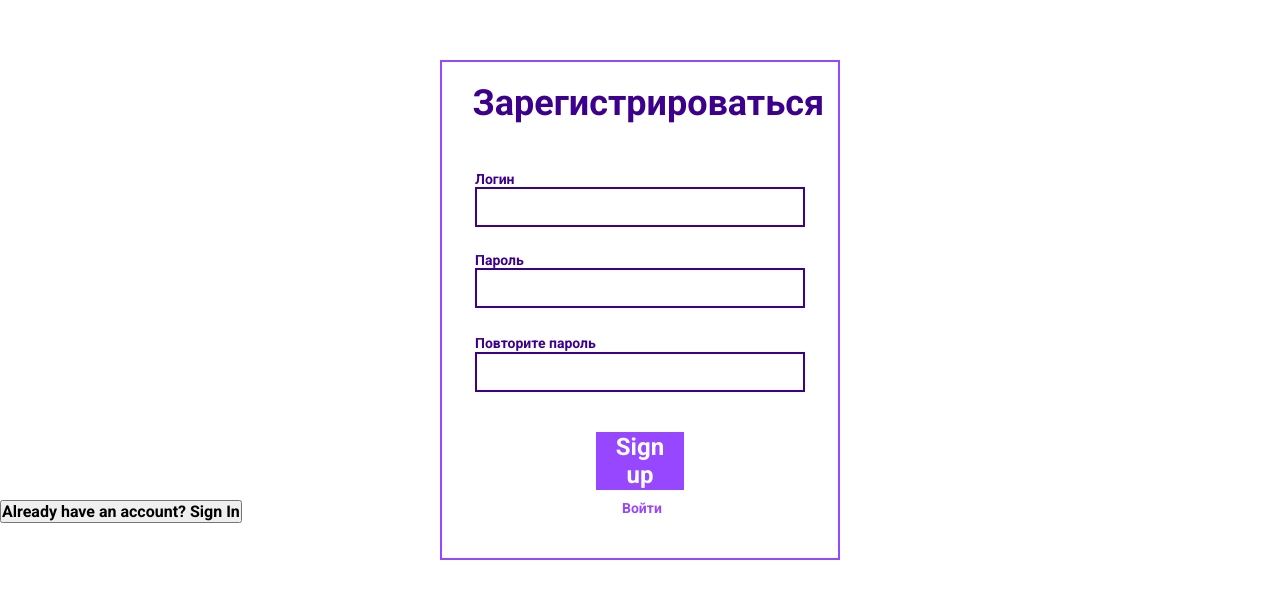
Repository: TimurZinatulin/Web_Shishki_1
Page: /register
These files come from the project's save history. The page is drawn as it stood at one moment and after the next save; the edit follows.
The browser window is 1280 px wide. The pictures show the whole page.
The project was rebuilt for these pictures with package versions that can differ from the ones it lists, and the page was loaded fresh each time. Also part of the build but not shown: vite.config.js, vue.config.js, src/views/LoginView.vue, src/components/HelloWorld.vue, src/views/MainView.vue, src/views/HomeView.vue, src/views/EditView.vue, src/views/FavoriteView.vue and 3 more.

Above is the page before, as saved 2023-06-10 17:58:09.
Console error: TypeError: Cannot read properties of null (reading 'user')

### src/main.js
import { createApp } from 'vue'
//import './style.css'
import App from './App.vue'
import router from './router'
import store from './store.js'

createApp(App).use(store).use(router).mount('#app')

### src/App.vue
<template>
  <!-- Проверка доступности пользователя в хранилище; при недоступности - показываем компонент авторизации-->
  <Auth v-if="!store.state.user" />
  <!-- Если пользователь доступен, показываем компонент Hello World -->
  <EmptyLayout v-else msg="Hello Vue 3 + Vite" />
</template>

<script>
import Auth from './components/Auth.vue';
import HelloWorld from './components/HelloWorld.vue';
import HeaderComp from './components/HeaderComp.vue';
import EmptyLayout from './layouts/EmptyLayout.vue';
import MainLayout from './layouts/MainLayout.vue';
import ExtraLayout from './layouts/ExtraLayout.vue';
import RegisterView from './views/RegisterView.vue';

import store from "./store.js";
import { supabase } from "./supabase";

export default {
  computed: {
    layout() {
      return this.$route.meta.layout + '-layout';
    }
  },
  components: {
    HelloWorld, Auth, HeaderComp, EmptyLayout, MainLayout, ExtraLayout, RegisterView
  },
  setup() {
    // сначала проверяем, вошел ли пользователь в систему с помощью Supabase
    store.state.user = supabase.auth.user;
    // затем настраиваем слушатель для обновления хранилища, если меняется пользователь - выходит из системы или входит
    supabase.auth.onAuthStateChange((event, session) => {
      if (event == "SIGNED_OUT") {
        store.state.user = null;
      } else {
        store.state.user = session.user;
      }
    });

    return {
      store,
    };
  },
};
</script>

<style>
/* @import '@/templates/main_page.css'; */
</style>

### src/router/index.js
import { createRouter, createWebHistory } from 'vue-router'
import HomeView from '../views/HomeView.vue'
import MainView from '../views/MainView.vue'
import EditView from '../views/EditView.vue'
import FavoriteView from '../views/FavoriteView.vue'
import MyProjectsView from '../views/MyProjectsView.vue'
import LoginView from '../views/LoginView.vue'
import RegisterView from '../views/RegisterView.vue'
import CreateProjectView from '../views/CreateProjectView.vue'
import ProjectView from '../views/ProjectView.vue'


const routes = [
  {
    path: '/',
    name: 'home',
    component: HomeView
  },
  {
    path: '/main',
    name: 'main',
    meta: {layout: 'main'},
    component: MainView
  },
  {
    path: '/edit',
    name: 'edit',
    meta: {layout: 'extra'},
    component: EditView
  },
  {
    path: '/favs',
    name: 'favs',
    meta: {layout: 'extra'},
    component: FavoriteView
  },
  {
    path: '/my_projects',
    name: 'my',
    meta: {layout: 'extra'},
    component: MyProjectsView
  },
  {
    path: '/login',
    name: 'login',
    meta: {layout: 'empty'},
    component: LoginView
  },
  {
    path: '/register',
    name: 'register',
    meta: {layout: 'empty'},
    component: RegisterView
  },
  {
    path: '/create_project',
    name: 'create_project',
    meta: {layout: 'extra'},
    component: CreateProjectView
  },
  {
    path: '/project',
    name: 'project',
    meta: {layout: 'extra'},
    component: ProjectView
  },
  {
    path: '/profile',
    name: 'profile',
    meta: {layout: 'extra'},
    component: () => import('../views/ProfileView.vue')
  }
]

const router = createRouter({
  history: createWebHistory(import.meta.env.BASE_URL),
  routes
})

export default router

### src/store.js
import { reactive } from "vue";

const store = {
    state: reactive({
        user: {},
    }),
};

export default store

### src/components/Auth.vue
<template>
    <div>
        <register-view v-if="isSignUp" />
        <login-view v-else />
        <button @click="isSignUp = !isSignUp">
            {{
                isSignUp
                ? "Already have an account? Sign In"
                : "Don't have an account yet? Sign Up"
            }}
        </button>
    </div>
</template>

<script>
import { ref } from "vue";
import RegisterView from "../views/RegisterView.vue";
import LoginView from "../views/LoginView.vue";

export default {
    components: { RegisterView, LoginView },
    setup() {
        const isSignUp = ref(true);
        return {
            isSignUp,
        };
    },
};
</script>

<style scoped>
</style>

### src/components/HeaderComp.vue
<template>
    <div id="header" class="wrapper">
        <div id="head-cont">
            <li><router-link to="/main" style="position: relative; left: -280px;" href="http://localhost:5173/main"><img id="logo" src="../assets/ShishkiD.png" style="width: 70px; height: 70px;"></router-link></li>
            <input class="input" type="text" placeholder="Найти...">
            <ul style="left: 400px;">
                <li><router-link to="/favs" class="btn2">Избранное</router-link></li>
                <li><router-link to="/my_projects" class="btn2">Мои проекты</router-link></li>
                <li><router-link to="/edit" class="btn2">Редактировать профиль</router-link></li>
                <li><router-link to="/create_project" class="btn2">Новый проект</router-link></li>
            </ul>
        </div>
    </div>
</template>

<script>

</script>

<style>
@import url('https://fonts.googleapis.com/css2?family=Roboto:wght@700&display=swap');
</style>

### src/layouts/EmptyLayout.vue
<template>
    <!-- <div id="header" class="wrapper">
        <div id="head-cont">
            <a style="position: relative; left: -280px;" href="http://localhost:8080/main"><img id="logo" src="../assets/ShishkiD.png" style="width: 70px; height: 70px;"></a>
            <input class="input" type="text" placeholder="Найти...">
            <ul>
                <li><router-link to="/favs" class="btn2">Избранное</router-link></li>
                <li><router-link to="/create_project" class="btn2">Новый проект</router-link></li>
                <li><router-link to="/login" class="link">Войти</router-link></li>
            </ul>
        </div>
    </div> -->
    <HeaderComp />
    <RouterView />
</template>

<script>
import HeaderComp from '@/components/HeaderComp.vue'

export default {
    components: {
        HeaderComp
    }
}
</script>

<style>
@import '@/templates/login.css';
@import '@/templates/main_page.css';
@import '@/templates/reg.css';
</style>

### src/layouts/MainLayout.vue
<template>
    <div id="app1">
        <HeaderComp />
        <div id="article">
            <h1 id="h1">Digital<br>
            portfolio</h1><br>
            <p>Уникальный сервис для<br>размещения своих проектов и<br>наработок</p><br>
            <a href="http://localhost:8080/create_project" class="btn">Создать проект</a>
            <button @click="signOut">Sign Out</button>
            <img id="logo2" src="../assets/chelik.png">
            <h2 id="h2">Популярные проекты</h2>
        </div>
        <div id="projects" style="left: -10px;">
        </div>
    </div>
</template>

<script>
import HeaderComp from '@/components/HeaderComp.vue'
import MainView from '@/views/MainView.vue'


export default {
    components: {
        HeaderComp, MainView
    }
}
</script>

<style>
@import '@/templates/login.css';
@import '@/templates/main_page.css';
@import '@/templates/reg.css';
</style>

### src/layouts/ExtraLayout.vue
<template>
    <HeaderComp />
</template>

<script>
import HeaderComp from '@/components/HeaderComp.vue'

export default {
    components: {
        HeaderComp,
    }
}
</script>

<style>
@import '@/templates/login.css';
@import '@/templates/main_page.css';
@import '@/templates/reg.css';
</style>

### src/views/RegisterView.vue
<template>
    <div id="log_card">
        <h1 id="log_name" style="position: relative; top: -30px; left: -10px;">Зарегистрироваться</h1>
        <form>
            <p class="p">Логин</p>
            <input class="input1" style="top: -75px;" type="text">
            <p class="p">Пароль</p>
            <input class="input1" style="top: -75px;" type="password">
            <p class="p" style="display:inline; position:relative; left: 0px;">Повторите пароль</p>
            <input class="input1" style="top: -70px;" type="password">
            <button type="submit" id="log_btn">Sign up</button>
            <a href="http://localhost:8080/login" id="reg_btn" style="left: 50px; position: relative;">Войти</a>
        </form>
    </div>
</template>

<script>
import { ref } from "vue";
import { supabase } from "../supabase";

export default {
    setup() {
        const email = ref("");
        const password = ref("");

        const handleSignup = async () => {
            try {
                // Задействуем предоставленный Supabase метод для обработки регистрации
                const { error } = await supabase.auth.signUp({
                    email: email.value,
                    password: password.value,
                });
                if (error) throw error;
            } catch (error) {
                alert(error.error_description || error.message);
            }
        };

        return {
            email,
            password,
            handleSignup,
        };
    },
};
</script>

### src/templates/login.css
#log_card{
    box-sizing: border-box;
    display: flex;
    flex-direction: column;
    justify-content: space-between;
    align-items: center;
    padding: 50px 10px;
    gap: 50px;
    width: 400px;
    height: 500px;
    border: 2px solid #9747FF;
    flex: none;
    order: 1;
    flex-grow: 0;
    position: relative;
    top: 60px;
}

#log_name{
    width: 315px;
    height: 49px;
    font-family: 'Roboto';
    font-style: normal;
    font-weight: 600;
    font-size: 36px;
    line-height: 42px;
    text-align: center;
    color: #3D008C;
    flex: none;
    order: 0;
    flex-grow: 0;
}

#log_btn{
    display: flex;
    flex-direction: row;
    justify-content: center;
    align-items: center;
    padding: 10px;
    width: 88px;
    height: 58px;
    background: #9747FF;
    flex: none;
    order: 0;
    flex-grow: 0;
    border: none;
    color: white;
    position: relative;
    bottom: 50px;
    border: 2px solid #9747FF;
    animation: ch-color-1 0.5s forwards;
    font-size: 24px;
}

#log_btn:hover{
    animation: ch-color-2 0.5s forwards;
}

@keyframes ch-color-1 {
    from {
      background-color: white;
      color: #9747FF;
    }
    to {
      background-color: #9747FF;
      color: white;
    }
  }

  @keyframes ch-color-2 {
    from {
      background-color: #9747FF;
      color: white;
    }
    to {
      background-color: white;
      color: #9747FF;
    }
  }

#reg_btn{
    width: 136px;
    height: 16px;
    font-family: 'Roboto';
    font-style: normal;
    font-weight: 400;
    font-size: 14px;
    line-height: 16px;
    display: flex;
    align-items: center;
    text-align: center;
    color: #9747FF;
    flex: none;
    order: 0;
    flex-grow: 0;
    position: relative;
    left: 10px;
    top: -40px;
}

.p{
    width: 40px;
    height: 16px;
    font-family: 'Roboto';
    font-style: normal;
    font-weight: 600;
    font-size: 14px;
    line-height: 16px;
    display: flex;
    align-items: center;
    color: #3D008C;
    flex: none;
    order: 0;
    flex-grow: 0;
    position: relative;
    top: -70px;
    left: -145px;
    margin-bottom: 5px;
}

### src/templates/main_page.css
* {
  margin: 0 auto;
  padding: 0;
  box-sizing: border-box;
  font-size: 16px;
  font-family: 'Roboto', sans-serif;
  user-select: none;
}

#head-cont{
  max-width: 900px;
  width: 100%;
}

#article{
  width: 1500px;
  position: relative;
}

#header{
  width: 100%;
  height: 80px;
  margin: 0 auto;
  background-color: rgba(151, 71, 255, 1);
  margin-bottom: 15px;
  overflow: hidden;
}

.input{
  width: 500px;
  height: 50px;
  padding: 6px 0 4px 10px;
  border: none;
  background: rgba(206, 168, 255, 1);
  bottom: 20px;
  left: -325px;
  position: relative;
  font-size: 25px;
  padding-left: 25px;
  outline: none;
}

.input::-webkit-input-placeholder {
  color: white;
}

.input::-moz-placeholder {
  color: white;
}

.input1{
  box-sizing: border-box;
  display: flex;
  flex-direction: row;
  align-items: center;
  padding: 11px 10px;
  gap: 10px;
  width: 330px;
  height: 40px;
  border: 2px solid #3D008C;
  flex: none;
  order: 1;
  align-self: stretch;
  flex-grow: 0;
  position: relative;
  top: -20px;
  margin-bottom: 20px;
  outline: none;
}

#logo{
  position: relative;
  top: 5px;
}

#logo2{
  position: relative;
  width: 800px;
  height: 670px;
  left: 385px;
  bottom: 340px;
}

ul {
  list-style: none;
  margin: 0;
  padding-left: 0;
  position: relative;
  left: 710px;
  top: -55px;
}

a {
  text-decoration: none;
  color: white;
}

.link1 {
  display: flex;
  flex-direction: row;
  justify-content: center;
  align-items: center;
  padding: 10px;
  background: #9747FF;
  flex: none;
  order: 0;
  flex-grow: 0;
  left: -275px;
  top: 220px;
  font-family: 'Roboto';
  font-style: normal;
  font-weight: 400;
  font-size: 16px;
}

.link1:hover{
  animation: ch-color-2 0.5s forwards;
}

.link {
  background: none;
  border: 2px solid white;
  color: white;
  padding: 15px 25px;
  animation: ch-color-1 0.5s forwards;
}

.link:hover{
  animation: ch-color-2 0.5s forwards;
}

@keyframes ch-color-1 {
  from {
    background-color: white;
    color: rgba(151, 71, 255, 1);
  }
  to {
    background-color: rgba(151, 71, 255, 1);
    color: white;
  }
}

@keyframes ch-color-2 {
  from {
    background-color: rgba(151, 71, 255, 1);
    color: white;
  }
  to {
    background-color: white;
    color: rgba(151, 71, 255, 1);
  }
}

li {
  display: inline;
  margin-right: 60px;
}

#h1 {
  font-size: 90px;
  position: relative;
  top: 100px;
  left: -450px;
  color: rgba(61, 0, 140, 1);
  width: 500px;
}

p{
  position: relative;
  color: rgba(61, 0, 140, 1);
  left: -445px;
  top: 100px;
  font-size: 32px;
  font-family: 'Roboto';
  font-style: normal;
  font-weight: 500;
  line-height: 38px;
  width: 500px;
}

.btn{
  position: relative;
  bottom: 500px;
  left: 55px;
  background: linear-gradient(rgba(255, 104, 86, 1), rgba(151, 71, 255, 1));
  color: white;
  font-size: 32px;
  font-style: normal;
  font-weight: 700;
  border: 3px solid linear-gradient(rgba(255, 104, 86, 1), rgba(151, 71, 255, 1));
  width: 315px;
  height: 90px;
  padding: 26px 37px;
}

#h2{
  position: absolute;
  top: 740px;
  left: 510px;
  color: rgba(61, 0, 140, 1);
  font-size: 48px;
}

#projects{
  display: flex;
  flex-direction: column;
  justify-content: center;
  align-items: center;
  align-self: center;
  padding: 30px 90px;
  gap: 30px;
  position: relative;
  width: 1529px;
  height: 800px;
  background: linear-gradient(180deg, #3D008C 0%, #14002F 100%);
  flex: none;
  order: 3;
  flex-grow: 0;
  margin-top: -200px;
}

#content{
  display: flex;
  flex-direction: row;
  justify-content: center;
  align-items: center;
  padding: 30px 90px;
  gap: 90px;
  width: 1420px;
  height: 240px;
  flex: none;
  order: 0;
  flex-grow: 0;
}

.block{
  display: flex;
  flex-direction: column;
  align-items: center;
  padding: 10px;
  gap: 10px;
  position: absolute;
  width: 359px;
  height: 470px;
  background: linear-gradient(148.66deg, #FF6856 0%, #6F00FF 100%);
  border-radius: 30px;
  top: 70px;
}

.pic{
  position: relative;
  top: 20px;
  width: 340px;
  height: 310px;
  border-radius: 20px;
}

h3{
  color: white;
  font-size: 32px;
  position: relative;
  top: 10px;
}

.text{
  color: white;
  position: relative;
  top: 20px;
  text-align: center;
}

.like{
  display: flex;
  flex-direction: row;
  justify-content: center;
  align-items: center;
  padding: 10px 15px;
  gap: 10px;
  position: absolute;
  width: 117px;
  height: 38px;
  left: 20.5px;
  top: 100px;
  background: #FF6856;
  border-radius: 30px;
  color: white;
  overflow-y: hidden;
}

.pic2{
  width: 22px;
  height: 22px;
  transform: matrix(-1, 0, 0, 1, 0, 0);
  flex: none;
  order: 0;
  flex-grow: 0;
}

textarea{
  box-sizing: border-box;
  display: flex;
  width: 330px;
  height: 100px;
  gap: 10px;
  border: 2px solid #3D008C;
  flex: none;
  order: 1;
  flex-grow: 0;
  position: relative;
  top: 100px;
  resize: none;
}

#photo{
  width: 100px;
  height: 100px;
  border: 3px solid #3D008C;
  flex: none;
  order: 0;
  flex-grow: 0;
  border-radius: 100%;
  position: relative;
}

#photo1{
  width: 340px;
  height: 340px;
  border: 3px solid #9747FF;
  border-radius: 30px;
  flex: none;
  order: 0;
  flex-grow: 0;
}

#chphoto{
  display: flex;
  flex-direction: row;
  justify-content: center;
  align-items: center;
  padding: 10px 0px;
  gap: 26px;
  width: 331px;
  height: 120px;
  flex: none;
  order: 1;
  flex-grow: 0;
  position: relative;
  top: -535px;
}

#p{
  font-family: 'Roboto';
  font-style: normal;
  font-weight: 600;
  font-size: 14px;
  line-height: 16px;
  display: flex;
  align-items: center;
  color: #FFFFFF;
  position: relative;
  top: -50px;
  left: 135px;
}

#p1{
  font-family: 'Roboto';
  font-style: normal;
  font-weight: 600;
  font-size: 14px;
  line-height: 16px;
  display: flex;
  align-items: center;
  color: #FFFFFF;
  position: relative;
  top: -100px;
  left: 135px;
}

#p2{
  font-family: 'Roboto';
  font-style: normal;
  font-weight: 600;
  font-size: 16px;
  line-height: 19px;
  text-align: center;
  color: #FFFFFF;
  position: relative;
  top: 200px;
}

.btn2{
  padding: 20px 10px;
}

.btn2:hover{
  animation: ch-color-2 0.5s forwards;
}

### src/templates/reg.css
form{
    position: relative;
    top: 30px;
}

Loaded but not shown: index.html (common file); src/supabase.js (common file)

After the next save:
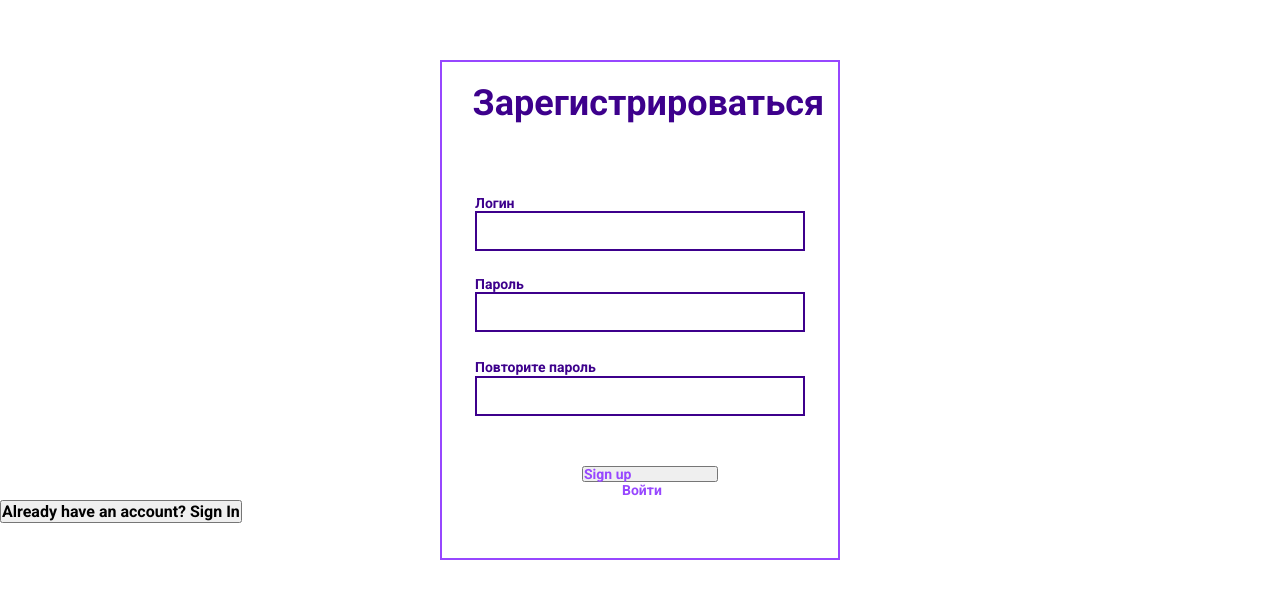
Saved 14 s later.
--- a/src/views/RegisterView.vue
+++ b/src/views/RegisterView.vue
@@ -8,7 +8,7 @@
             <input class="input1" style="top: -75px;" type="password">
             <p class="p" style="display:inline; position:relative; left: 0px;">Повторите пароль</p>
             <input class="input1" style="top: -70px;" type="password">
-            <button type="submit" id="log_btn">Sign up</button>
+            <button type="submit" id="reg_btn">Sign up</button>
             <a href="http://localhost:8080/login" id="reg_btn" style="left: 50px; position: relative;">Войти</a>
         </form>
     </div>
